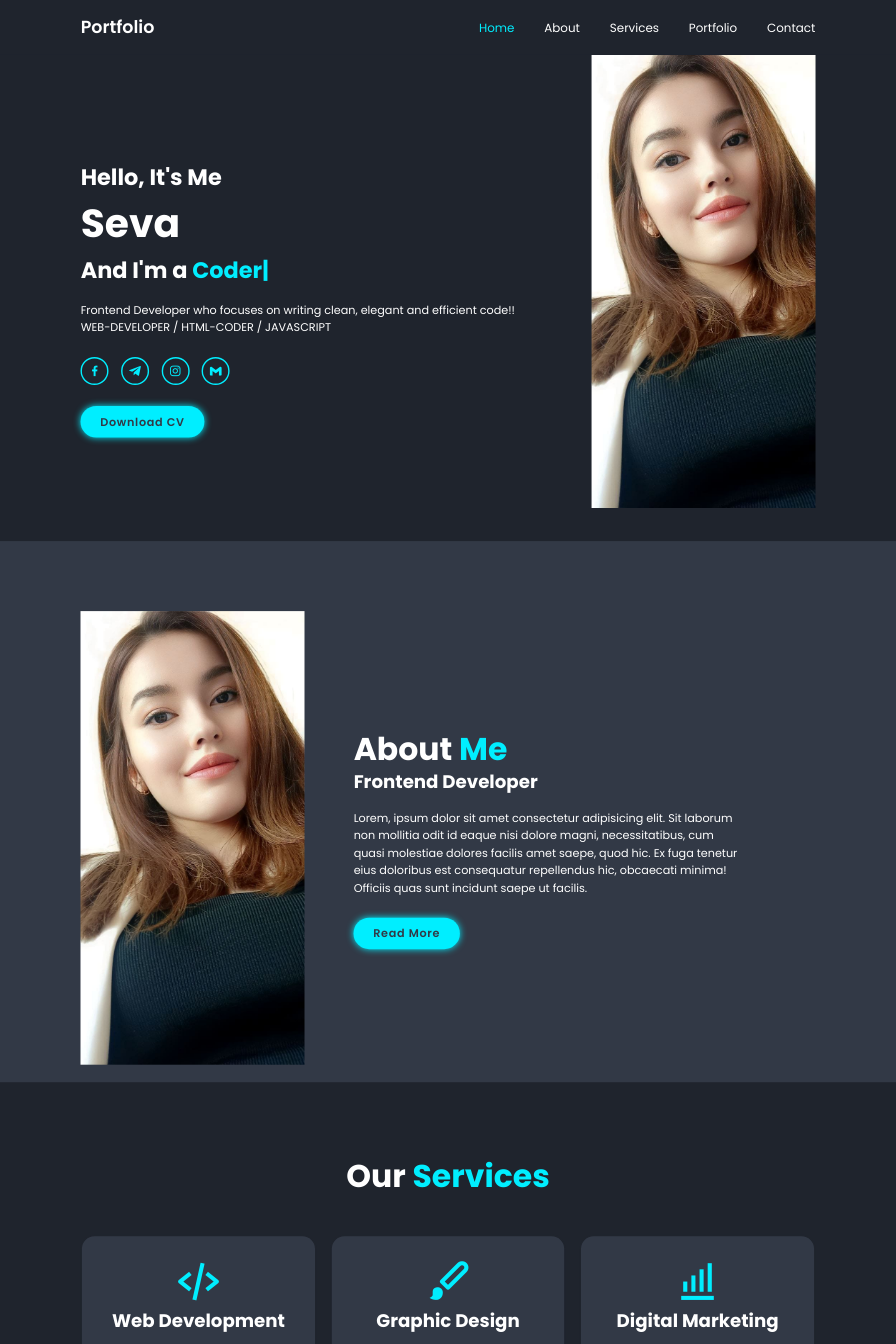
Repository: Seva2705/portfolio
Page: index.html
An editor plug-in stored every save of this project. The page is shown before and after the next save, followed by the edit.
The browser window is 1280 px wide. The pictures show the part of the page from y = 0 to 1920 px (the page is 3816 px tall), at 70% of full size.
A picture or video elsewhere on the page could not be fetched, so the positions and the page height are approximate.

Above is the page before, as saved 2023-10-21 00:16:04.

### index.html
<!DOCTYPE html>
<html lang="en">
<head>
    <meta charset="UTF-8">
    <meta http-equiv="X-UA-Compatible" content="IE=edge">
    <meta name="viewport" content="width=device-width, initial-scale=1.0">
    <title>Personal Portfolio</title>
     <!-- Boxicons styles -->
    <link href='https://unpkg.com/boxicons@2.1.4/css/boxicons.min.css' rel='stylesheet'>

    <!-- Css -->
    <link rel="stylesheet" href="style.css">
</head>
<body>
    <header class="header">
        <a href="" class="logo">Portfolio</a>

        <i class='bx bx-menu' id="menu-icon"></i>

        <nav class="navbar">
            <a href="#home" class="active">Home</a>
            <a href="#about">About</a>
            <a href="#services">Services</a>
            <a href="#portfolio">Portfolio</a>
            <a href="#contact">Contact</a>
        </nav>
    </header>

    <!-- Home section design -->
    <section class="home" id="home">
        <div class="home-content">
            <h3>Hello, It's Me</h3>
            <h1>Seva</h1>
            <h3>And I'm a <span class="multiple-text"></span></h3>
            <p class="description">Frontend Developer who focuses on writing clean, elegant and efficient code!!
                WEB-DEVELOPER / HTML-CODER / JAVASCRIPT</p>
            <div class="social-media">
                <a href="https://www.facebook.com/profile.php?id=100076166348458"><i class='bx bxl-facebook'></i></a>
                <a href="https://t.me/Seva_2705"><i class='bx bxl-telegram'></i></a>
                <a href="https://www.instagram.com/seva___027"><i class='bx bxl-instagram'></i></a>
                <a href="mailto:sevakodirova2705@mail.ru"><i class='bx bxl-gmail'></i></a>
            </div>
            <a href="images/Кодирова Севинч Гайратовна(Web).pdf" class="btn"> Download CV</a>
        </div>
        <div class="home-img">
            <img src="images/2.jpg" alt="" class="image">
        </div>
    </section>

    <!-- About section design -->
    <section class="about" id="about">
        <div class="about-img">
            <img src="images/2.jpg" alt="">
        </div>
        <div class="about-content">
            <h2 class="heading">About <span>Me</span></h2>
            <h3>Frontend Developer</h3>
            <p>Lorem, ipsum dolor sit amet consectetur adipisicing elit. Sit laborum non mollitia odit id eaque nisi dolore magni, necessitatibus, cum quasi molestiae dolores facilis amet saepe, quod hic. Ex fuga tenetur eius doloribus est consequatur repellendus hic, obcaecati minima! Officiis quas sunt incidunt saepe ut facilis.</p>
            <a href="#" class="btn">Read More</a>
        </div>
    </section>

    <!-- services section design -->
    <section class="services" id="services">
        <h2 class="heading">Our <span>Services</span></h2>

        <div class="services-container">
            <div class="services-box">
                <i class='bx bx-code-alt'></i>
                <h3>Web Development</h3>
                <p>Lorem ipsum, dolor sit amet consectetur adipisicing elit. Eveniet assumenda quasi expedita maiores sequi enim iusto aliquid architecto aspernatur impedit!</p>
                <a href="#" class="btn">Read More</a>
            </div>
            <div class="services-box">
                <i class='bx bxs-paint'></i>
                <h3>Graphic Design</h3>
                <p>Lorem ipsum, dolor sit amet consectetur adipisicing elit. Eveniet assumenda quasi expedita maiores sequi enim iusto aliquid architecto aspernatur impedit!</p>
                <a href="#" class="btn">Read More</a>
            </div>
            <div class="services-box">
                <i class='bx bx-bar-chart-alt'></i>
                <h3>Digital Marketing</h3>
                <p>Lorem ipsum, dolor sit amet consectetur adipisicing elit. Eveniet assumenda quasi expedita maiores sequi enim iusto aliquid architecto aspernatur impedit!</p>
                <a href="#" class="btn">Read More</a>
            </div>
        </div>
    </section>

    <!-- Portfolio section design -->
    <section class="portfolio" id="portfolio">
        <h2 class="heading">Latest <span>Project</span></h2>

        <div class="portfolio-container">
            <div class="portfolio-box">
                <img src="images/cinema.jpg" alt="">
                <div class="portfolio-layer">
                    <h4>Vue Cinemas</h4>
                    <a href="https://seva2705.github.io/VueCinemas/"><i class='bx bx-link-external'></i></a>
                </div>
            </div>
            <div class="portfolio-box">
                <img src="images/AirPods-Pro.jpg" alt="">
                <div class="portfolio-layer">
                    <h4>Airpods-Pro</h4>
                    <a href="https://seva2705.github.io/Airpods-Pro/"><i class='bx bx-link-external'></i></a>
                </div>
            </div>
            <div class="portfolio-box">
                <img src="images/creative-scroll.jpg" alt="">
                <div class="portfolio-layer">
                    <h4>Creative-Scroll</h4>
                    <a href="https://seva2705.github.io/creative-scroll/"><i class='bx bx-link-external'></i></a>
                </div>
            </div>
            <div class="portfolio-box">
                <img src="images/web6.jpg" alt="">
                <div class="portfolio-layer">
                    <h4>Web Design</h4>
                    <p>Lorem ipsum dolor sit amet consectetur adipisicing elit. Tempore, aspernatur.</p>
                    <a href="#"><i class='bx bx-link-external'></i></a>
                </div>
            </div>
            <div class="portfolio-box">
                <img src="images/web5.jpg" alt="">
                <div class="portfolio-layer">
                    <h4>Web Design</h4>
                    <p>Lorem ipsum dolor sit amet consectetur adipisicing elit. Tempore, aspernatur.</p>
                    <a href="#"><i class='bx bx-link-external'></i></a>
                </div>
            </div>
            <div class="portfolio-box">
                <img src="images/web6.jpg" alt="">
                <div class="portfolio-layer">
                    <h4>Web Design</h4>
                    <p>Lorem ipsum dolor sit amet consectetur adipisicing elit. Tempore, aspernatur.</p>
                    <a href="#"><i class='bx bx-link-external'></i></a>
                </div>
            </div>
        </div>
    </section>

    <!-- Contact section design -->
    <section class="contact" id="contact">
        <h2 class="heading">Contact <span>Me!</span></h2>

        <form action="#">
            <div class="input-box">
                <input type="text" placeholder="Full Name">
                <input type="email" placeholder="Email Address">
            </div>
            <div class="input-box">
                <input type="number" placeholder="Mobile Number">
                <input type="text" placeholder="Email Subject">
            </div>
            <textarea name="" id="" cols="30" rows="10" placeholder="Your Message"></textarea>
            <input type="submit" value="Send Message" class="btn">
        </form>
    </section>

    <!-- Footer section design -->
    <footer class="footer">
        <div class="footer-text">
            <p>Copyright &copy; 2023 by Codehal | All Rights Reserved</p>
        </div>

        <div class="footer-iconTop">
            <a href="#home"><i class='bx bx-up-arrow-alt'></i></a>
        </div>
    </footer>

    <!-- scroll reveal -->
    <script src="https://unpkg.com/scrollreveal"></script>
    <!-- typed js -->
    <script src="https://unpkg.com/typed.js@2.0.16/dist/typed.umd.js"></script>

    <!-- Js -->
    <script src="script.js"></script>
</body>
</html>

### style.css
@import url('https://fonts.googleapis.com/css2?family=Poppins:wght@300;400;500;600;700;800;900&display=swap');

* {
    margin: 0;
    padding: 0;
    box-sizing: border-box;
    text-decoration: none;
    border: none;
    outline: none;
    scroll-behavior: smooth;
    font-family: 'Poppins', sans-serif;
}

:root {
    --bg-color: #1f242d;
    --second-bg-color: #323946;
    --text-color: #fff;
    --text-color: #fff;
    --main-color: #0ef;
}

html {
    font-size: 62.5%;
    overflow-x: hidden;
}

body {
    background: var(--bg-color);
    color: var(--text-color);
}

section {
    min-height: 100vh;
    padding: 10rem 9% 2rem;
}

.header {
    position: fixed;
    top: 0;
    left: 0;
    width: 100%;
    padding: 2rem 9%;
    background: var(--bg-color);
    display: flex;
    justify-content: space-between;
    align-items: center;
    z-index: 100;
}

.header.sticky {
    border-bottom: .1rem solid rgba(0,0,0,.2);
}

.logo {
    font-size: 2.5rem;
    font-weight: 600;
    cursor: default;
    color: var(--text-color);
}

.navbar a {
    font-size: 1.7rem;
    color: var(--text-color);
    margin-left: 4rem;
    transition: .3s ease;
}

.navbar a:hover, .navbar a.active {
    color: var(--main-color);
}

#menu-icon {
    font-size: 3.6rem;
    color: var(--text-color);
    display: none;

}

.home {
    display: flex;
    justify-content: center;
    align-items: center;

}

 .image {
    height: 90vh;
}

.home-img img {
    width: 25vw;
    animation: floatImage 4s ease-in-out infinite;

}

@keyframes floatImage {
    0% {
        transform: translateY(0);
    }

    50% {
        transform: translateY(-2.4rem);
    }

    100% {
        transform: translateY(0);
    }
}

.home-content h3 {
    font-size: 3.2rem;
    font-weight: 700;
}

.home-content h3:nth-of-type(2) {
    margin-bottom: 2rem;
}

span {
    color: var(--main-color);
}

.home-content h1 {
    font-size: 5.6rem;
    font-weight: 700;
    margin: 1.3;
}

.home-content p {
    font-size: 1.6rem;
}

.social-media a {
    display: inline-flex;
    justify-content: center;
    align-items: center;
    width: 4rem;
    height: 4rem;
    background: transparent;
    border: .2rem solid var(--main-color);
    border-radius: 50%;
    font-size: 2rem ;
    color: var(--main-color);
    margin: 3rem 1.5rem 3rem 0;
    transition: .5s ease;
}

.social-media a:hover {
    background: var(--main-color);
    color: var(--second-bg-color);
    box-shadow: 0 0 1rem var(--main-color);
}

.btn {
    display: inline-block;
    background: var(--main-color);
    padding: 1rem 2.8rem;
    border-radius: 4rem;
    box-shadow: 0 0 1rem var(--main-color);
    font-size: 1.6rem;
    color: var(--second-bg-color);
    letter-spacing: .1rem;
    font-weight: 600;
    transition: .3s ease;
}

.btn:hover {
    box-shadow: none;
}

.about {
    display: flex;
    justify-content: center;
    align-items: center;
    gap: 2rem;
    background: var(--second-bg-color);
}

.about-img img {
    width: 25vw;
    height: 90vh;
}

.heading {
    text-align: center;
    font-size: 4.5rem;
}

.about-content {
    margin-left: 5rem;
}

.about-content h2 {
    text-align: left;
    line-height: 1.2;


}

.about-content p {
    font-size: 1.6rem;
    margin: 2rem 0 3rem;
    width: 85%;
}

.about-content h3 {
    font-size: 2.6rem;
}

.services h2 {
    margin-bottom: 5rem;
}

.services-container {
    display: flex;
    justify-content: center;
    align-items: center;
    flex-wrap: wrap;
    gap: 2rem;
}

.services-container .services-box {
    flex: 1 1 30rem;
    background: var(--second-bg-color);
    padding: 3rem 2rem 4rem;
    border-radius: 2rem;
    text-align: center;
    border: .2rem solid var(--bg-color);
    transition: .5s ease;

}

.services-container .services-box:hover {
    border-color: var(--main-color);
    transform: scale(1.02);
}

.services-box i {
    font-size: 7rem;
    color: var(--main-color);
}

.services-box h3 {
    font-size: 2.6rem;

}

.services-box p {
    font-size: 1.6rem;
    margin: 1rem 0 3rem;
}

.portfolio {
    background: var(--second-bg-color);
}

.portfolio h2 {
    margin-bottom: 4rem;
}

.portfolio-container {
    display: grid;
    grid-template-columns: repeat(3, 1fr);
    gap: 2.5rem;
    align-items: center;
}

.portfolio-container .portfolio-box {
    position: relative;
    border-radius: 2rem;
    box-shadow: 0 0 1rem var(--bg-color);
    overflow: hidden;
    display: flex;
}

.portfolio-box img {
    width: 100%;
    transition: .5s ease;
}

.portfolio-box:hover img {
    transform: scale(1.1);
}



.portfolio-box .portfolio-layer {
    position: absolute;
    bottom: 0;
    left: 0;
    width: 100%;
    height: 100%;
    background: linear-gradient(rgba(0,0,0,.1), var(--main-color));
    display: flex;
    justify-content: center;
    align-items: center;
    flex-direction: column;
    text-align: center;
    padding: 0 4rem;
    transform: translateY(100%);
    transition: .5s ease;
}

.portfolio-box:hover .portfolio-layer {
    transform: translateY(0);
}

.portfolio-layer h4 {
    font-size: 3rem;

}

.description {
    width: 90%;
}

.portfolio-layer p {
    font-size: 1.6rem;
    margin: .3rem 0 1rem  ;
}

.portfolio-layer a {
    display: inline-flex;
    justify-content: center;
    align-items: center;
    width: 5rem;
    height: 5rem;
    background: var(--text-color);
    border-radius: 50%;
}

.portfolio-layer a i {
    font-size: 2rem;
    color: var(--second-bg-color);
}

.contact h2 {
    margin-bottom: 3rem;
}

.contact form {
    min-width: 70rem;
    margin: 1rem auto;
    text-align: center;
    margin-bottom: 3rem;
}



.contact form .input-box {
    display: flex;
    justify-content: space-between;
    flex-wrap: wrap;
}

.contact form .input-box input,
.contact form textarea {
    width: 100%;
    padding: 1.5rem;
    font-size: 1.6rem;
    color: var(--text-color);
    background: var(--second-bg-color);
    border-radius: .8rem;
    margin: .7rem 0;
}

.contact form .input-box input {
    width: 49%;

}

.contact form textarea {
    resize: none;
}

.contact form .btn {
    margin-top: 2rem;
    cursor: pointer;
}

.footer {
    display: flex;
    justify-content: space-between;
    align-items: center;
    flex-wrap: wrap;
    padding: 2rem 9%;
    background: var(--second-bg-color);
}

.footer-text p {
    font-size: 1.6rem;
}

.footer-iconTop a {
    display: inline-flex;
    justify-content: center;
    align-items: center;
    padding: .8rem;
    background: var(--main-color);
    border-radius: .8rem;
    transition: .5s ease;

}

.footer-iconTop a:hover {
    box-shadow: 0 0 1rem var(--main-color);
}

.footer-iconTop a i {
    font-size: 2.4rem;
    color: var(--second-bg-color);
}

/* breakpoints */
@media screen and (max-width: 1200px) {
   html {
         font-size: 55%;
   }
}
@media screen and (max-width: 991px) {
   .header {
         padding: 2rem 3%;
   }

   section {
         padding: 10rem 3% 2rem;
   }

   .services {
    padding-bottom: 7rem;
   }

   .portfolio {
    padding-bottom: 7rem;
   }

   .contact {
    min-height: auto;
   }

   .footer {
    padding: 2rem 3%;
   }


}

@media screen and (max-width: 768px) {
    #menu-icon {
        display: block;
    }

    .navbar {
        position: absolute;
        top: 100%;
        left: 0;
        width: 100%;
        padding: 1rem 3%;
        background: var(--bg-color);
        border-top: .1rem solid rgba(0,0,0,.2);
        box-shadow: 0 .5rem 1rem rgba(0,0,0,.2);
        display: none;
    }

    .navbar.active {
        display: block;
    }

    .navbar a {
        display: block;
        font-size: 2rem;
        margin: 3rem 0;
    }

    .home {
        flex-direction: column;
    }

    .home-content h3 {
        font-size: 2.6rem;
    }

    .home-content h1 {
        font-size: 5rem;
    }

    .home-img img {
        width: 70vw;
        margin-top: 4rem;
    }

    .about {
        flex-direction: column-reverse;
    }

    .about img {
        width: 70vw;
        margin-top: 4rem;
    }

    .services h2 {
        margin-bottom: 3rem;

    }

    .portfolio h2 {
        margin-bottom: 3rem;
    }

    .portfolio-container {
        grid-template-columns: repeat(2, 1fr);
    }
}



@media screen and (max-width: 617px) {

    .portfolio-container {
        grid-template-columns: 1fr;
    }

}

@media screen and (max-width: 450px) {
    html {
        font-size: 50%;
    }

    .contact form .input-box input {
        width: 100%;
    }
}

@media screen and (max-width: 365px) {
    .home-img img {
        width: 90vw;
    }

    .about-img img {
        width: 90vw;
    }

    .footer {
        flex-direction: column-reverse;
    }

    .footer p {
        text-align: center;
        margin-top: 2rem;
    }
}

### script.js
/* toggle icon navbar */
let menuIcon = document.querySelector('#menu-icon');
let navbar = document.querySelector('.navbar');

menuIcon.onclick = () => {
    menuIcon.classList.toggle('bx-x');
    navbar.classList.toggle('active');
}



/* scroll sections acrive link */

let sections = document.querySelectorAll('section');
let navLinks = document.querySelectorAll('header nav a');

window.onscroll = () => {
    sections.forEach(sec => {
        let top = window.scrollY;
        let offset = sec.offsetTop - 150;
        let height = sec.offsetHeight;
        let id = sec.getAttribute('id');

        if(top >= offset && top < offset + height) {
            navLinks.forEach(links => {
                links.classList.remove('active');
                document.querySelector('header nav a[href*=' + id + ']').classList.add('active');
            })
        }
    });
    /* sticky navbar */
    let header = document.querySelector('header');


    header.classList.toggle('sticky', window.scrollY > 100);

    /* remove toggle icon and navbar when navbar link (scroll) */
    menuIcon.classList.remove('bx-x');
    navbar.classList.remove('active');

}


/* scroll reveal */
ScrollReveal({
    /* reset: true, */
    distance: '80px',
    duration: 2000,
    delay: 200

});

ScrollReveal().reveal('.home-content, .heading', { origin: 'top' });
ScrollReveal().reveal('.home-img, .services-container, .portfolio-box, contact form ', { origin: 'bottom' });
ScrollReveal().reveal('.home-content h1, .about-img ', { origin: 'left' });
ScrollReveal().reveal('.home-content p, .about-content ', { origin: 'right' });


/* typed js */
const typed = new Typed('.multiple-text', {
    strings: ['Frontend Developer', 'Coder', 'Programmer'],
    typeSpeed: 100,
    backSpeed: 100,
    backDelay: 1000,
    loop: true
})

After the next save:
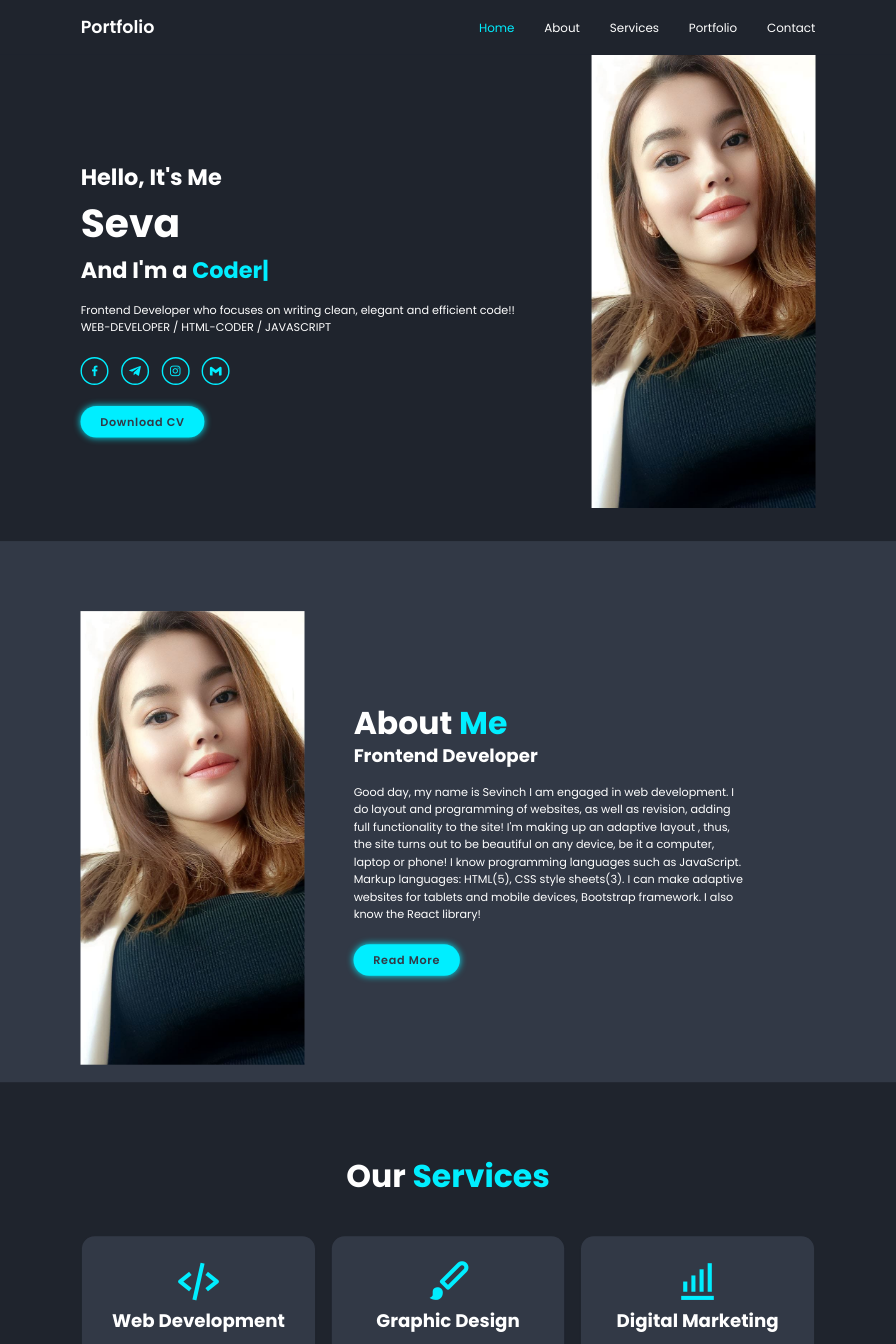
Saved 2 min 54 s later.
--- a/index.html
+++ b/index.html
@@ -55,7 +55,11 @@
         <div class="about-content">
             <h2 class="heading">About <span>Me</span></h2>
             <h3>Frontend Developer</h3>
-            <p>Lorem, ipsum dolor sit amet consectetur adipisicing elit. Sit laborum non mollitia odit id eaque nisi dolore magni, necessitatibus, cum quasi molestiae dolores facilis amet saepe, quod hic. Ex fuga tenetur eius doloribus est consequatur repellendus hic, obcaecati minima! Officiis quas sunt incidunt saepe ut facilis.</p>
+            <p>Good day, my name is Sevinch
+                I am engaged in web development.
+                I do layout and programming of websites, as well as revision, adding full functionality to the site! I'm making up an adaptive layout ,
+                thus, the site turns out to be beautiful on any device, be it a computer, laptop or phone! I know programming languages such as JavaScript. Markup languages: HTML(5), CSS style sheets(3).
+                I can make adaptive websites for tablets and mobile devices, Bootstrap framework. I also know the React library!</p>
             <a href="#" class="btn">Read More</a>
         </div>
     </section>
